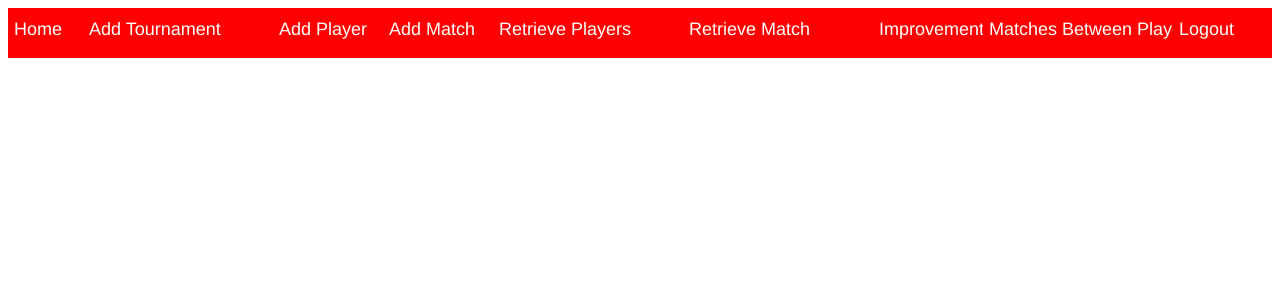
Repository: prm2711/javaapps
Page: http://localhost/Tournament/front.jsp
These files come from the project's save history. The page is drawn as it stood at one moment and after the next save; the edit follows.
The browser window is 1280 px wide. The pictures show the whole page.
The page is served by Tomcat 9.

Above is the page before, as saved 2018-01-29 05:28:32.

After the next save:
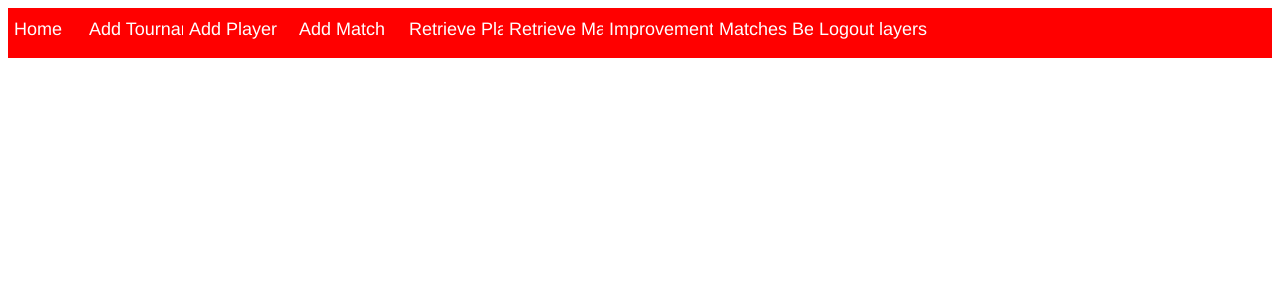
Saved 11 s later.
--- a/eclipse-workspace/Tournament/WebContent/css/front.css
+++ b/eclipse-workspace/Tournament/WebContent/css/front.css
@@ -20,7 +20,7 @@ li {
 }
 
 .match {
-	width: 190px;
+	width: 100px;
 }
 
 li .form-button, li .form-button-match, li .form-button-home {
